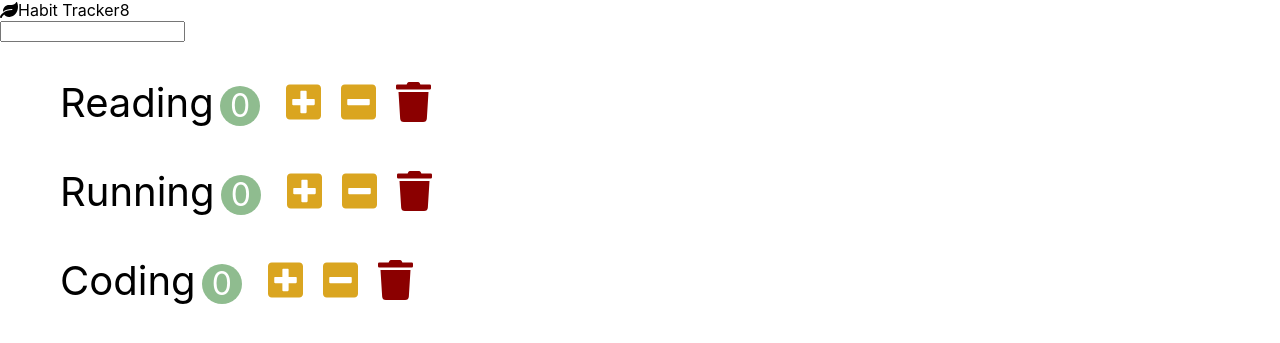
Repository: keehoonjung/react-habit-tracker
Page: / (app in react/habit-tracker/)
These files come from the project's save history. The page is drawn as it stood at one moment and after the next save; the edit follows.
The browser window is 1280 px wide. The pictures show the whole page.
The project was rebuilt for these pictures with package versions that can differ from the ones it lists, and the page was loaded fresh each time.

Above is the page before, as saved 2021-08-30 18:26:07.

After the next save:
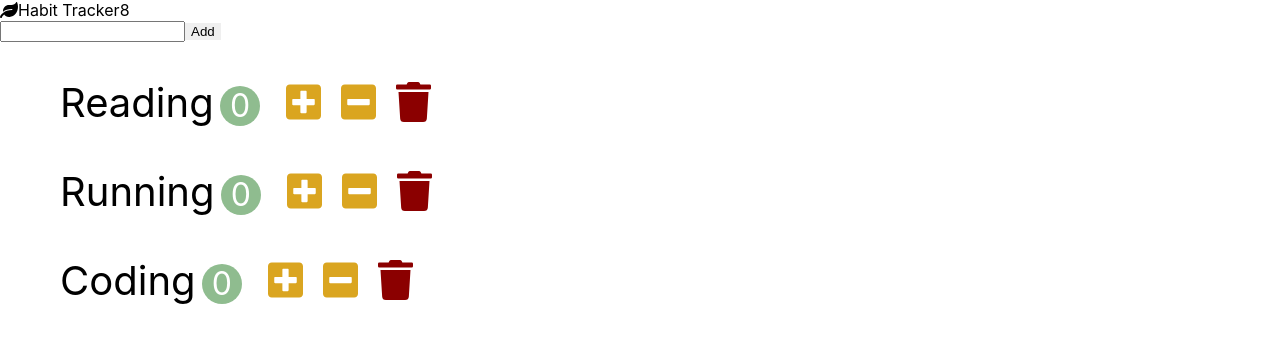
Saved 56 s later.
--- a/react/habit-tracker/src/app.jsx
+++ b/react/habit-tracker/src/app.jsx
@@ -14,8 +14,9 @@ class App extends Component {
           <span className="header-title">Habit Tracker</span>
           <span className="header-count">8</span>
         </nav>
-        <div className="habit-input">
+        <div className="input-container">
           <input type="text" className="input" />
+          <button className="habit-input">Add</button>
         </div>
         <Habits />
       </>
